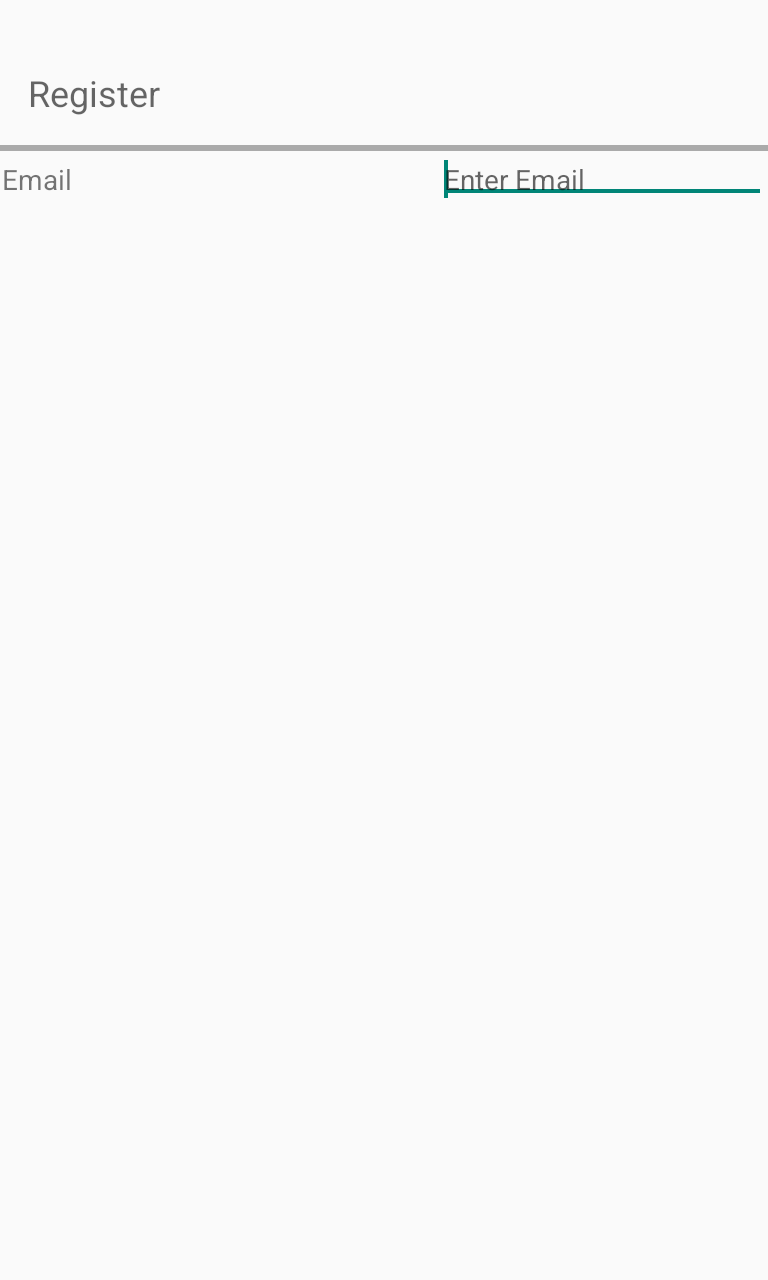
Repository: lMayuraDevani/BrentBrown
Layout: BrentBrown/res/layout/register.xml
These files come from the project's save history. The layout is drawn as it stood at one moment and after the next save; the edit follows.
It is drawn on a 768 x 1280 px phone screen (xhdpi) without system bars, with theme AppTheme; the app's code is not run.

Above is the layout before, as saved 2014-11-12 09:20:33.

### BrentBrown/res/layout/register.xml
<?xml version="1.0" encoding="utf-8"?>
<LinearLayout xmlns:android="http://schemas.android.com/apk/res/android"
    android:layout_width="match_parent"
    android:layout_height="match_parent"
    android:orientation="vertical" >


    <TextView
        android:id="@+id/textView1"
        android:layout_width="wrap_content"
        android:layout_height="wrap_content"
        android:layout_marginTop="20dp"
        android:padding="14dp"
        android:text="Register"
        android:textAppearance="?android:attr/textAppearanceMedium" />


    <View
	   android:layout_width="fill_parent"
	   android:layout_height="3dp"
	   android:background="@android:color/darker_gray" />

      <LinearLayout
                android:layout_width="fill_parent"
                android:layout_height="wrap_content"
                android:orientation="horizontal" >

                <TextView
                    android:id="@+id/emaillbl"
                    android:layout_width="match_parent"
                    android:layout_height="wrap_content"
                    android:layout_gravity="center"
                    android:layout_weight="1"
                    android:padding="01dp"
                    android:text="Email"
                    android:textAppearance="?android:attr/textAppearanceSmall" />

                <EditText
                    android:id="@+id/emailtxt"
                    android:layout_width="wrap_content"
                    android:layout_height="wrap_content"
                    android:ems="10"
                    android:hint="Enter Email "
                    android:padding="3dp"
                    android:textAppearance="?android:attr/textAppearanceSmall"
                    android:textColor="#CDCCCD" >

                    <requestFocus />
                </EditText>
            </LinearLayout>


</LinearLayout>

### BrentBrown/res/values/styles.xml
<resources xmlns:android="http://schemas.android.com/apk/res/android">

    <style name="AppBaseTheme" parent="Theme.AppCompat"></style>

    <!-- Application theme. -->
    <style name="AppTheme" parent="AppBaseTheme">
        <item name="actionBarStyle">@style/CustomizedActionbar</item>
        <item name="actionBarTabStyle">@style/CustomizedActionbarTabs</item>
        <item name="android:actionBarStyle">@style/CustomizedActionbar</item>
        <item name="android:actionBarTabStyle">@style/CustomizedActionbarTabs</item>
    </style>

    <!-- ActionBar styles -->
    <style name="CustomizedActionbar" parent="@style/Widget.AppCompat.ActionBar">
        <item name="android:background">@color/ActionBarColor</item>

        <!-- Support library compatibility -->
        <item name="background">@color/ActionBarColor</item>
        <item name="android:divider">@drawable/tabdivider</item>
    </style>

    <!-- ActionBar tabs styles -->
    <style name="CustomizedActionbarTabs" parent="@style/Widget.AppCompat.ActionBar.TabView">

        <!-- tab indicator -->
        <item name="android:background">@drawable/actionbar_tab_indicator</item>
        <item name="android:divider">@drawable/tabdivider</item>

        <!-- Support library compatibility -->
        <item name="background">@drawable/actionbar_tab_indicator</item>
    </style>

</resources>

### BrentBrown/res/drawable/actionbar_tab_indicator.xml
<?xml version="1.0" encoding="utf-8"?>
<selector xmlns:android="http://schemas.android.com/apk/res/android">

<!-- STATES WHEN BUTTON IS NOT PRESSED -->

    <!-- Non focused states -->
    <item android:state_focused="false" android:state_selected="false"
          android:state_pressed="false"

          android:drawable="@drawable/tab_unselected" />
    <item android:state_focused="false" android:state_selected="true"
          android:state_pressed="false"

          android:drawable="@drawable/tab_selected" />

    <!-- Focused states (such as when focused with a d-pad or mouse hover) -->
    <item android:state_focused="true" android:state_selected="false"
          android:state_pressed="false"
          android:drawable="@drawable/tab_unselected_focused" />
    <item android:state_focused="true" android:state_selected="true"
          android:state_pressed="false"
          android:drawable="@drawable/tab_selected_focused" />


<!-- STATES WHEN BUTTON IS PRESSED -->

    <!-- Non focused states -->
    <item android:state_focused="false" android:state_selected="false"
          android:state_pressed="true"
          android:drawable="@drawable/tab_unselected_pressed" />
    <item android:state_focused="false" android:state_selected="true"
        android:state_pressed="true"
        android:drawable="@drawable/tab_selected_pressed" />

    <!-- Focused states (such as when focused with a d-pad or mouse hover) -->
    <item android:state_focused="true" android:state_selected="false"
          android:state_pressed="true"
          android:drawable="@drawable/tab_unselected_pressed" />
    <item android:state_focused="true" android:state_selected="true"
          android:state_pressed="true"
          android:drawable="@drawable/tab_selected_pressed" />
</selector>

### BrentBrown/res/drawable/tabdivider.xml
<?xml version="1.0" encoding="utf-8"?>
<shape xmlns:android="http://schemas.android.com/apk/res/android"
    android:shape="line"  >

      <size android:width="2dp" android:height="10dp"/>
    <solid android:color="@color/BorderGrayColor" />
    <padding android:left="15dp" android:top="15dp" />

</shape>

### BrentBrown/res/values/color.xml
<?xml version="1.0" encoding="utf-8"?>
<resources>

    <color name="gray_list_item">#E5E5E5</color>
    <color name="gray_backgroound">#EEEEEE</color>
    <color name="gray_border">#b6b6b6</color>
    <color name="ActionBarColor">#25C389</color>
    <color name="BorderGrayColor">#CED8D8</color>
    <color name="OrangeTabColor">#F5963C</color>
    <color name="TurquoiseBlueTabColor">#05AEAA</color>
    <color name="MediumGrayBackColor">#D8D8D8</color>
    <color name="list_item_title">#444444</color>
    <color name="list_item_subtitle">#929292</color>

</resources>

### BrentBrown/res/drawable/tab_unselected.xml
<shape xmlns:android="http://schemas.android.com/apk/res/android"
    android:shape="rectangle" >

    <solid android:color="@color/OrangeTabColor" />

</shape>

### BrentBrown/res/drawable/tab_selected.xml
<?xml version="1.0" encoding="utf-8"?>
<shape xmlns:android="http://schemas.android.com/apk/res/android"
    android:shape="rectangle" >

    <solid android:color="@color/TurquoiseBlueTabColor" />



</shape>

### BrentBrown/res/drawable/tab_unselected_focused.xml
<shape xmlns:android="http://schemas.android.com/apk/res/android"
    android:shape="rectangle" >



   <solid android:color="@color/OrangeTabColor"/>

</shape>

### BrentBrown/res/drawable/tab_selected_focused.xml
<?xml version="1.0" encoding="utf-8"?>
<shape xmlns:android="http://schemas.android.com/apk/res/android"
    android:shape="rectangle" >



 <solid android:color="@color/TurquoiseBlueTabColor" />



</shape>

### BrentBrown/res/drawable/tab_unselected_pressed.xml
<shape xmlns:android="http://schemas.android.com/apk/res/android"
    android:shape="rectangle" >



    <solid android:color="@color/OrangeTabColor" />

</shape>

### BrentBrown/res/drawable/tab_selected_pressed.xml
<?xml version="1.0" encoding="utf-8"?>
<shape xmlns:android="http://schemas.android.com/apk/res/android"
    android:shape="rectangle" >
    <solid android:color="@color/TurquoiseBlueTabColor" />

</shape>

### BrentBrown/res/values/strings.xml
<?xml version="1.0" encoding="utf-8"?>
<resources>

    <string name="app_name"> Brent Brown</string>
    <string name="title_garage"> Garage</string>
    <string name="title_showroom"> Showroom</string>
    <string name="title_specials"> Specials</string>
    <string name="title_tools"> Tools</string>
    <string name="title_extra"> More</string>

    <string name="title_ServiceHistory">Service</string>
    <string name="title_Appointments">Appontments</string>
    <string name="title_Message">Message</string>

    <string name="hello_world">Hello world!</string>
    <string name="action_settings">Settings</string>

    <string name="menu_settings">Settings</string>
    <string name="pull_to_refresh_pull_label">Pull to refresh...</string>
    <string name="pull_to_refresh_release_label">Release to refresh...</string>
    <string name="pull_to_refresh_refreshing_label">Loading...</string>
    <string name="pull_to_refresh_tap_label">Tap to refresh...</string>
    <string name="registration_lable">REGISTRATION</string>

</resources>

Loaded but not shown: BrentBrown/res/values-v11/styles.xml (common file); BrentBrown/res/values-v14/styles.xml (common file)

After the next save:
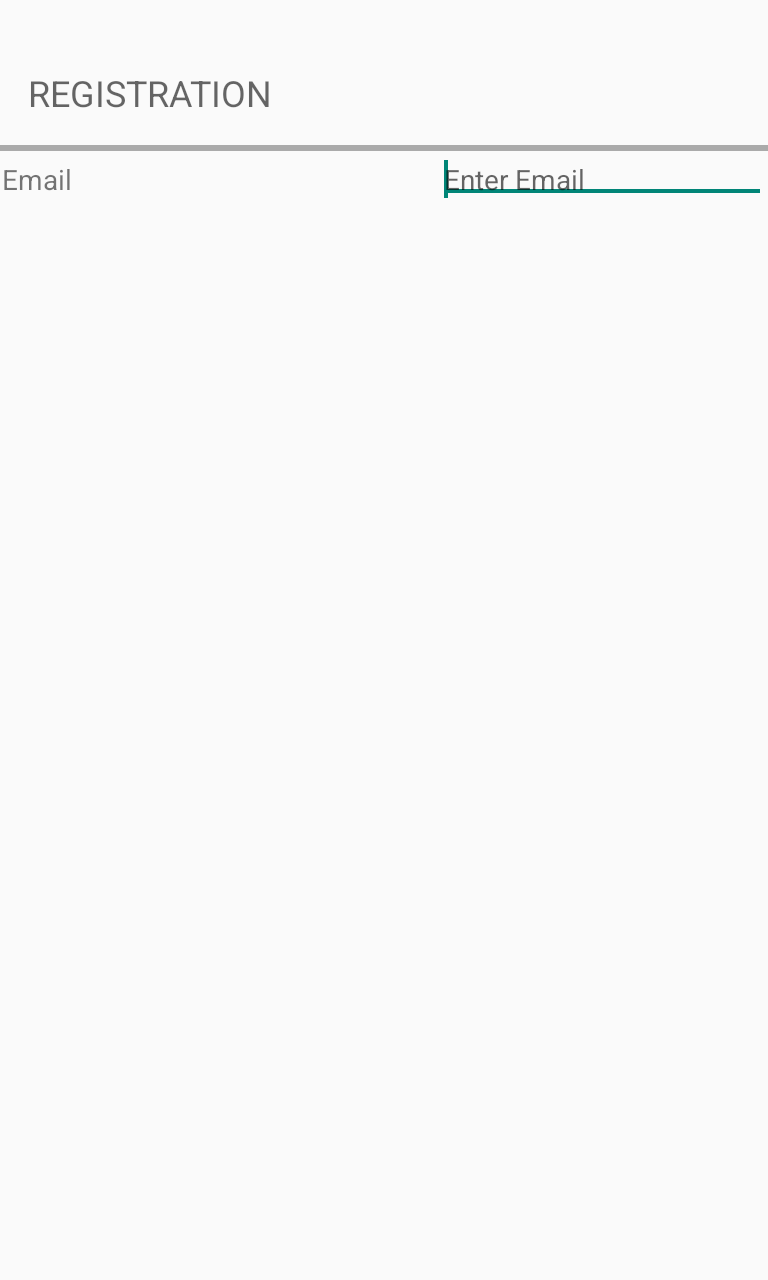
Saved 10 s later.
--- a/BrentBrown/res/layout/register.xml
+++ b/BrentBrown/res/layout/register.xml
@@ -11,7 +11,7 @@
         android:layout_height="wrap_content"
         android:layout_marginTop="20dp"
         android:padding="14dp"
-        android:text="Register"
+        android:text="@string/registration_lable"
         android:textAppearance="?android:attr/textAppearanceMedium" />
 
 
